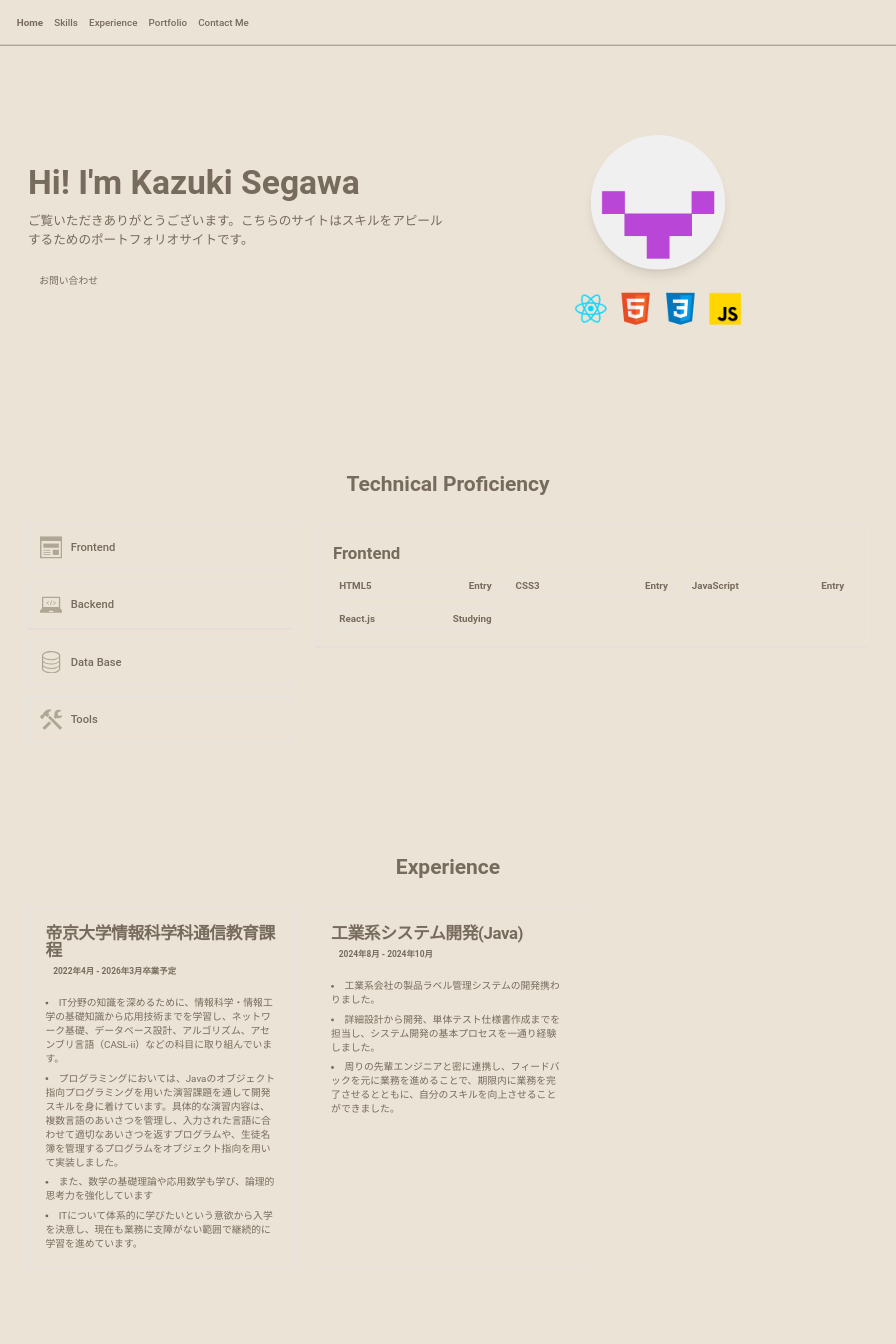
Repository: segawa74/SegawaSite
Page: /
These files come from the project's save history. The page is drawn as it stood at one moment and after the next save; the edit follows.
The browser window is 1280 px wide. The pictures show the part of the page from y = 0 to 1920 px (the page is 2859 px tall before and 720 px after), at 70% of full size.
The project was rebuilt for these pictures with package versions that can differ from the ones it lists, and the page was loaded fresh each time. Also part of the build but not shown: vite.config.ts.

Above is the page before, as saved 2024-10-23 19:13:55.

### src/main.tsx
import { StrictMode } from "react";
import { createRoot } from "react-dom/client";
import App from "./App.js";
import "./index.css";
import "slick-carousel/slick/slick.css";
import "slick-carousel/slick/slick-theme.css";

const rootElement = document.getElementById("root");

if (rootElement) {
  createRoot(rootElement).render(
    <StrictMode>
      <App />
    </StrictMode>
  );
} else {
  console.error("Root element not found");
}

### src/App.tsx
import "./App.css";
import Hero from "./components/Hero/Hero";
import Navbar from "./components/Navbar/Navbar";
import Skills from "./components/Skills/Skills";
import Experience from "./components/Experience/Experience";
import Portfolio from "./components/Portfolio/Portfolio";
import ContactMe from "./components/ContactMe/ContactMe";
import Footer from "./components/Footer/Footer";

function App() {
  return (
    <>
      <Navbar />
      <div className="container">
        <Hero />
        <Skills />
        <Experience />
        <Portfolio />
        <ContactMe />
      </div>
      <Footer />
    </>
  );
}

export default App;

### src/index.css
@import url("https://fonts.googleapis.com/css2?family=Material+Symbols+Outlined");

@tailwind base;
@tailwind components;
@tailwind utilities;

* {
  font-family: Roboto, 'Noto Sans JP', sans-serif;
  margin: 0;
  box-sizing: border-box;
}

body {

  color: #776B5D;
  background-color: #EBE3D5;
}

### src/App.css
.container {
  max-width: 1300px !important;
  margin: 0 auto;
  position: relative;
}

@media (max-width: 1300px) {
  .container {
    padding: 0 1.5rem;
  }
}

@media (max-width: 1380px) {
  .container {
    padding: 0 1.5rem;
  }
}

### src/components/Hero/Hero.tsx
import { Button } from "@/components/ui/button";
import { motion } from "framer-motion";

const techIcons = [
  { src: "/assets/images/img01.png", alt: "Technology 1" },
  { src: "/assets/images/img02.png", alt: "Technology 2" },
  { src: "/assets/images/img03.png", alt: "Technology 3" },
  { src: "/assets/images/img04.png", alt: "Technology 4" },
];

const Hero: React.FC = () => {
  return (
    <section id="hero" className="py-20 md:py-32 bg-background">
      <div className="container mx-auto px-4 flex flex-col md:flex-row items-center justify-between">
        <motion.div
          initial={{ opacity: 0, y: 20 }}
          animate={{ opacity: 1, y: 0 }}
          transition={{ duration: 0.5 }}
          className="md:w-1/2 mb-10 md:mb-0"
        >
          <h1 className="text-4xl md:text-5xl font-bold mb-4 text-foreground">
            Hi! I&apos;m Kazuki Segawa
          </h1>
          <p className="text-lg mb-6 text-muted-foreground">
            ご覧いただきありがとうございます。こちらのサイトはスキルをアピールするためのポートフォリオサイトです。
          </p>
          <Button asChild>
            <a href="#contact">お問い合わせ</a>
          </Button>
        </motion.div>

        <motion.div
          initial={{ opacity: 0, scale: 0.9 }}
          animate={{ opacity: 1, scale: 1 }}
          transition={{ duration: 0.5 }}
          className="md:w-1/2 flex flex-col items-center"
        >
          <div className="relative mb-8">
            <img
              src="/assets/images/identicon.png"
              alt="Kazuki Segawa"
              className="w-48 h-48 rounded-full shadow-lg"
            />
          </div>
          <div className="grid grid-cols-4 gap-4">
            {techIcons.map((icon, index) => (
              <motion.div
                key={index}
                initial={{ opacity: 0, y: 20 }}
                animate={{ opacity: 1, y: 0 }}
                transition={{ duration: 0.5, delay: index * 0.1 }}
              >
                <img
                  src={icon.src}
                  alt={icon.alt}
                  className="w-12 h-12 object-contain"
                />
              </motion.div>
            ))}
          </div>
        </motion.div>
      </div>
    </section>
  );
};

export default Hero;

### src/components/Navbar/Navbar.tsx
"use client";

import * as React from "react";
import { Link } from "react-scroll";
import { Menu } from "lucide-react";
import { Button } from "@/components/ui/button";
import { Sheet, SheetContent, SheetTrigger } from "@/components/ui/sheet";
import { cn } from "@/lib/utils";

const menuItems = [
  { name: "Home", to: "hero", offset: -80 },
  { name: "Skills", to: "skills", offset: -120 },
  { name: "Experience", to: "exp", offset: -100 },
  { name: "Portfolio", to: "pf", offset: -100 },
  { name: "Contact Me", to: "contact-me", offset: -100 },
];

export function NavBar() {
  const [activeSection, setActiveSection] = React.useState("");

  const handleSetActive = (to: string) => {
    setActiveSection(to);
  };

  return (
    <nav className="sticky top-0 z-30 w-full backdrop-blur-sm bg-background/80 border-b border-border">
      <div className="container flex h-16 items-center justify-between">
        <div className="flex items-center space-x-4">
          {menuItems.map((item) => (
            <Link
              key={item.to}
              activeClass="text-primary font-semibold"
              to={item.to}
              spy={true}
              smooth={true}
              offset={item.offset}
              onSetActive={() => handleSetActive(item.to)}
              className={cn(
                "text-sm font-medium transition-colors hover:text-primary",
                activeSection === item.to
                  ? "text-primary font-semibold"
                  : "text-muted-foreground"
              )}
            >
              {item.name}
            </Link>
          ))}
        </div>
        <Sheet>
          <SheetTrigger asChild>
            <Button variant="outline" size="icon" className="md:hidden">
              <Menu className="h-5 w-5" />
              <span className="sr-only">Toggle menu</span>
            </Button>
          </SheetTrigger>
          <SheetContent side="right">
            <MobileNav />
          </SheetContent>
        </Sheet>
      </div>
    </nav>
  );
}

function MobileNav() {
  return (
    <div className="flex flex-col space-y-4 mt-4">
      {menuItems.map((item) => (
        <Link
          key={item.to}
          to={item.to}
          spy={true}
          smooth={true}
          offset={item.offset}
          className="text-sm font-medium transition-colors hover:text-primary"
        >
          {item.name}
        </Link>
      ))}
    </div>
  );
}

export default NavBar;

### src/components/Experience/Experience.tsx
import { EXPERIENCE } from "../../utils/data";
import { Card, CardContent, CardHeader, CardTitle } from "@/components/ui/card";
import { Badge } from "@/components/ui/badge";

interface ExperienceDetails {
  title: string;
  date: string;
  responsibilities: string[];
}

const Experience: React.FC = () => {
  return (
    <section id="exp" className="py-20 bg-muted">
      <div className="container mx-auto px-4">
        <h2 className="text-3xl font-bold text-center mb-10">Experience</h2>
        <div className="grid gap-6 md:grid-cols-2 lg:grid-cols-3">
          {EXPERIENCE.map((item, index) => (
            <ExperienceCard key={index} details={item} />
          ))}
        </div>
      </div>
    </section>
  );
};

function ExperienceCard({ details }: { details: ExperienceDetails }) {
  return (
    <Card className="h-full">
      <CardHeader>
        <CardTitle>{details.title}</CardTitle>
        <Badge variant="secondary" className="w-fit">
          {details.date}
        </Badge>
      </CardHeader>
      <CardContent>
        <ul className="list-disc list-inside space-y-2">
          {details.responsibilities.map((item, index) => (
            <li key={index} className="text-sm text-muted-foreground">
              {item}
            </li>
          ))}
        </ul>
      </CardContent>
    </Card>
  );
}
export default Experience;

### src/components/Portfolio/Portfolio.tsx
import * as React from "react";
import {
  Card,
  CardContent,
  CardFooter,
  CardHeader,
  CardTitle,
} from "@/components/ui/card";
import { Button } from "@/components/ui/button";
import { ChevronLeft, ChevronRight } from "lucide-react";
import useEmblaCarousel from "embla-carousel-react";
import { PORTFOLIO } from "../../utils/data";

interface PortfolioItem {
  title: string;
  link: string;
  img: string;
  comment?: string;
}

const Portfolio = () => {
  const [emblaRef, emblaApi] = useEmblaCarousel({ loop: false });

  const scrollPrev = React.useCallback(() => {
    if (emblaApi) emblaApi.scrollPrev();
  }, [emblaApi]);

  const scrollNext = React.useCallback(() => {
    if (emblaApi) emblaApi.scrollNext();
  }, [emblaApi]);

  return (
    <section id="pf" className="py-20 bg-background">
      <div className="container mx-auto px-4">
        <h2 className="text-3xl font-bold text-center mb-10">Portfolio</h2>
        <div className="relative">
          <div className="overflow-hidden" ref={emblaRef}>
            <div className="flex">
              {PORTFOLIO.map((item, index) => (
                <div
                  key={index}
                  className="flex-[0_0_100%] min-w-0 pl-4 md:flex-[0_0_50%]"
                >
                  <PortfolioCard details={item} />
                </div>
              ))}
            </div>
          </div>
          <Button
            variant="outline"
            size="icon"
            className="absolute top-1/2 left-4 -translate-y-1/2"
            onClick={scrollPrev}
          >
            <ChevronLeft className="h-4 w-4" />
          </Button>
          <Button
            variant="outline"
            size="icon"
            className="absolute top-1/2 right-4 -translate-y-1/2"
            onClick={scrollNext}
          >
            <ChevronRight className="h-4 w-4" />
          </Button>
        </div>
      </div>
    </section>
  );
};

function PortfolioCard({ details }: { details: PortfolioItem }) {
  return (
    <Card className="h-full">
      <CardHeader>
        <CardTitle>{details.title}</CardTitle>
      </CardHeader>
      <CardContent>
        <img
          src={details.img}
          alt={details.title}
          className="w-full h-48 object-cover rounded-md"
        />
        {details.comment && (
          <p className="mt-4 text-sm text-muted-foreground">
            {details.comment}
          </p>
        )}
      </CardContent>
      <CardFooter>
        <Button asChild>
          <a href={details.link} target="_blank" rel="noopener noreferrer">
            View Project
          </a>
        </Button>
      </CardFooter>
    </Card>
  );
}
export default Portfolio;

### src/components/ContactMe/ContactMe.tsx
import { Card, CardContent } from "@/components/ui/card";
import { Mail, Github } from "lucide-react";
import Link from "next/link";

const ContactMe: React.FC = () => {
  return (
    <section id="contact-me" className="py-20 bg-muted">
      <div className="container mx-auto px-4">
        <h2 className="text-3xl font-bold text-center mb-10">Contact Me</h2>
        <div className="grid gap-6 md:grid-cols-2 max-w-2xl mx-auto">
          <ContactInfoCard
            icon={<Mail className="w-6 h-6" />}
            text="segawa74dev@gmail.com"
            href="mailto:segawa74dev@gmail.com"
          />
          <ContactInfoCard
            icon={<Github className="w-6 h-6" />}
            text="github.com/segawa74"
            href="https://github.com/segawa74"
          />
        </div>
      </div>
    </section>
  );
};

interface ContactInfoCardProps {
  icon: React.ReactNode;
  text: string;
  href: string;
}

function ContactInfoCard({ icon, text, href }: ContactInfoCardProps) {
  return (
    <Card>
      <CardContent className="flex items-center p-6">
        <div className="mr-4 text-primary">{icon}</div>
        <Link
          href={href}
          target="_blank"
          rel="noopener noreferrer"
          className="text-sm hover:underline"
        >
          {text}
        </Link>
      </CardContent>
    </Card>
  );
}

export default ContactMe;

### src/components/Footer/Footer.tsx
import "./Footer.css";

const Footer: React.FC = () => {
  return <div className="footer"></div>;
};

export default Footer;

### src/components/ui/button.tsx
import * as React from "react"
import { Slot } from "@radix-ui/react-slot"
import { cva, type VariantProps } from "class-variance-authority"

import { cn } from "@/lib/utils"

const buttonVariants = cva(
  "inline-flex items-center justify-center gap-2 whitespace-nowrap rounded-md text-sm font-medium ring-offset-background transition-colors focus-visible:outline-none focus-visible:ring-2 focus-visible:ring-ring focus-visible:ring-offset-2 disabled:pointer-events-none disabled:opacity-50 [&_svg]:pointer-events-none [&_svg]:size-4 [&_svg]:shrink-0",
  {
    variants: {
      variant: {
        default: "bg-primary text-primary-foreground hover:bg-primary/90",
        destructive:
          "bg-destructive text-destructive-foreground hover:bg-destructive/90",
        outline:
          "border border-input bg-background hover:bg-accent hover:text-accent-foreground",
        secondary:
          "bg-secondary text-secondary-foreground hover:bg-secondary/80",
        ghost: "hover:bg-accent hover:text-accent-foreground",
        link: "text-primary underline-offset-4 hover:underline",
      },
      size: {
        default: "h-10 px-4 py-2",
        sm: "h-9 rounded-md px-3",
        lg: "h-11 rounded-md px-8",
        icon: "h-10 w-10",
      },
    },
    defaultVariants: {
      variant: "default",
      size: "default",
    },
  }
)

export interface ButtonProps
  extends React.ButtonHTMLAttributes<HTMLButtonElement>,
    VariantProps<typeof buttonVariants> {
  asChild?: boolean
}

const Button = React.forwardRef<HTMLButtonElement, ButtonProps>(
  ({ className, variant, size, asChild = false, ...props }, ref) => {
    const Comp = asChild ? Slot : "button"
    return (
      <Comp
        className={cn(buttonVariants({ variant, size, className }))}
        ref={ref}
        {...props}
      />
    )
  }
)
Button.displayName = "Button"

export { Button, buttonVariants }

### src/components/ui/card.tsx
import * as React from "react"

import { cn } from "@/lib/utils"

const Card = React.forwardRef<
  HTMLDivElement,
  React.HTMLAttributes<HTMLDivElement>
>(({ className, ...props }, ref) => (
  <div
    ref={ref}
    className={cn(
      "rounded-lg border bg-card text-card-foreground shadow-sm",
      className
    )}
    {...props}
  />
))
Card.displayName = "Card"

const CardHeader = React.forwardRef<
  HTMLDivElement,
  React.HTMLAttributes<HTMLDivElement>
>(({ className, ...props }, ref) => (
  <div
    ref={ref}
    className={cn("flex flex-col space-y-1.5 p-6", className)}
    {...props}
  />
))
CardHeader.displayName = "CardHeader"

const CardTitle = React.forwardRef<
  HTMLParagraphElement,
  React.HTMLAttributes<HTMLHeadingElement>
>(({ className, ...props }, ref) => (
  <h3
    ref={ref}
    className={cn(
      "text-2xl font-semibold leading-none tracking-tight",
      className
    )}
    {...props}
  />
))
CardTitle.displayName = "CardTitle"

const CardDescription = React.forwardRef<
  HTMLParagraphElement,
  React.HTMLAttributes<HTMLParagraphElement>
>(({ className, ...props }, ref) => (
  <p
    ref={ref}
    className={cn("text-sm text-muted-foreground", className)}
    {...props}
  />
))
CardDescription.displayName = "CardDescription"

const CardContent = React.forwardRef<
  HTMLDivElement,
  React.HTMLAttributes<HTMLDivElement>
>(({ className, ...props }, ref) => (
  <div ref={ref} className={cn("p-6 pt-0", className)} {...props} />
))
CardContent.displayName = "CardContent"

const CardFooter = React.forwardRef<
  HTMLDivElement,
  React.HTMLAttributes<HTMLDivElement>
>(({ className, ...props }, ref) => (
  <div
    ref={ref}
    className={cn("flex items-center p-6 pt-0", className)}
    {...props}
  />
))
CardFooter.displayName = "CardFooter"

export { Card, CardHeader, CardFooter, CardTitle, CardDescription, CardContent }

### src/components/ui/badge.tsx
import * as React from "react"
import { cva, type VariantProps } from "class-variance-authority"

import { cn } from "@/lib/utils"

const badgeVariants = cva(
  "inline-flex items-center rounded-full border px-2.5 py-0.5 text-xs font-semibold transition-colors focus:outline-none focus:ring-2 focus:ring-ring focus:ring-offset-2",
  {
    variants: {
      variant: {
        default:
          "border-transparent bg-primary text-primary-foreground hover:bg-primary/80",
        secondary:
          "border-transparent bg-secondary text-secondary-foreground hover:bg-secondary/80",
        destructive:
          "border-transparent bg-destructive text-destructive-foreground hover:bg-destructive/80",
        outline: "text-foreground",
      },
    },
    defaultVariants: {
      variant: "default",
    },
  }
)

export interface BadgeProps
  extends React.HTMLAttributes<HTMLDivElement>,
    VariantProps<typeof badgeVariants> {}

function Badge({ className, variant, ...props }: BadgeProps) {
  return (
    <div className={cn(badgeVariants({ variant }), className)} {...props} />
  )
}

export { Badge, badgeVariants }

### src/utils/data.ts
interface Skill {
  skill: string;
  skillLevel: string;
  percentage: string;
}

interface SkillSection {
  title: string;
  icon: string;
  skills: Skill[];
}

interface Experience {
  title: string;
  date: string;
  responsibilities: string[];
}

interface PortfolioItem {
  title: string;
  link: string;
  img: string;
  comment?: string;
}

export const SKILLS: SkillSection[] = [
  {
    title: "Frontend",
    icon: "./assets/images/frontend-icon.svg",
    skills: [
      { skill: "HTML5", skillLevel: "Entry", percentage: "40%" },
      { skill: "CSS3", skillLevel: "Entry", percentage: "40%" },
      { skill: "JavaScript", skillLevel: "Entry", percentage: "40%" },
      { skill: "React.js", skillLevel: "Studying", percentage: "20%" },
    ],
  },
  {
    title: "Backend",
    icon: "./assets/images/backend-icon.svg",
    skills: [
      { skill: "Node.js", skillLevel: "Studying", percentage: "20%" },
      { skill: "Express.js", skillLevel: "Studying", percentage: "20%" },
      { skill: "Java", skillLevel: "Entry", percentage: "40%" },
    ],
  },
  {
    title: "Data Base",
    icon: "./assets/images/database-icon.svg",
    skills: [
      { skill: "PostgreSQL", skillLevel: "Entry", percentage: "40%" },
      { skill: "MongoDB", skillLevel: "Entry", percentage: "40%" },
      { skill: "Oracle", skillLevel: "Entry", percentage: "40%" },
    ],
  },
  {
    title: "Tools",
    icon: "./assets/images/tools-icon.svg",
    skills: [
      { skill: "Git & GitHub", skillLevel: "Studying", percentage: "20%" },
      { skill: "Visual Studio Code", skillLevel: "Entry", percentage: "40%" },
      { skill: "Eclipse", skillLevel: "Entry", percentage: "40%" },
    ],
  },
];

export const EXPERIENCE: Experience[] = [
  {
    title: "帝京大学情報科学科通信教育課程",
    date: "2022年4月 - 2026年3月卒業予定",
    responsibilities: [
      "IT分野の知識を深めるために、情報科学・情報工学の基礎知識から応用技術までを学習し、ネットワーク基礎、データベース設計、アルゴリズム、アセンブリ言語（CASL-ii）などの科目に取り組んでいます。",
      "プログラミングにおいては、Javaのオブジェクト指向プログラミングを用いた演習課題を通して開発スキルを身に着けています。具体的な演習内容は、複数言語のあいさつを管理し、入力された言語に合わせて適切なあいさつを返すプログラムや、生徒名簿を管理するプログラムをオブジェクト指向を用いて実装しました。",
      "また、数学の基礎理論や応用数学も学び、論理的思考力を強化しています",
      "ITについて体系的に学びたいという意欲から入学を決意し、現在も業務に支障がない範囲で継続的に学習を進めています。",
    ],
  },
  {
    title: "工業系システム開発(Java)",
    date: "2024年8月 - 2024年10月",
    responsibilities: [
      "工業系会社の製品ラベル管理システムの開発携わりました。",
      "詳細設計から開発、単体テスト仕様書作成までを担当し、システム開発の基本プロセスを一通り経験しました。",
      "周りの先輩エンジニアと密に連携し、フィードバックを元に業務を進めることで、期限内に業務を完了させるとともに、自分のスキルを向上させることができました。",
    ],
  },
];

export const PORTFOLIO: PortfolioItem[] = [
  {
    title: "ポートフォリオサイト",
    link: "#",
    img: "./assets/images/site-01.png",
    comment: "Reactを使った自己紹介サイトです。",
  },
  {
    title: "時差グラフサイト",
    link: "#",
    img: "#",
    comment: "作成中です",
  },
];

### src/components/Footer/Footer.css
.footer {
    font-size: 0.8rem;
    text-align: center;
    background: #776B5D;
    padding: 1rem;
}

Loaded but not shown: index.html (common file); src/lib/utils.ts (common file); tailwind.config.js (57 lines, source omitted); src/components/ui/sheet.tsx (138 lines, source omitted); src/components/Skills/Skills.tsx (101 lines, source omitted)

After the next save:
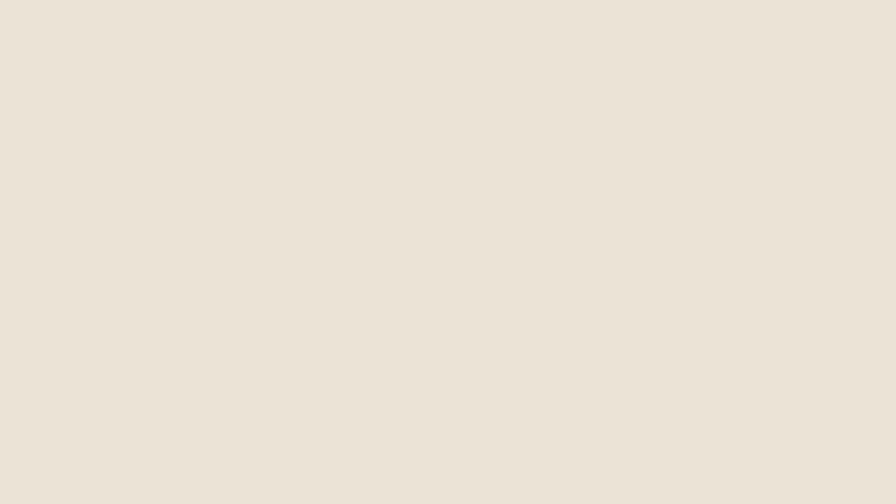
Console error: ReferenceError: Link is not defined
Saved 100 s later.
--- a/src/components/ContactMe/ContactMe.tsx
+++ b/src/components/ContactMe/ContactMe.tsx
@@ -1,6 +1,6 @@
+import React from "react";
 import { Card, CardContent } from "@/components/ui/card";
 import { Mail, Github } from "lucide-react";
-import Link from "next/link";
 
 const ContactMe: React.FC = () => {
   return (

After the 2 saves that followed:
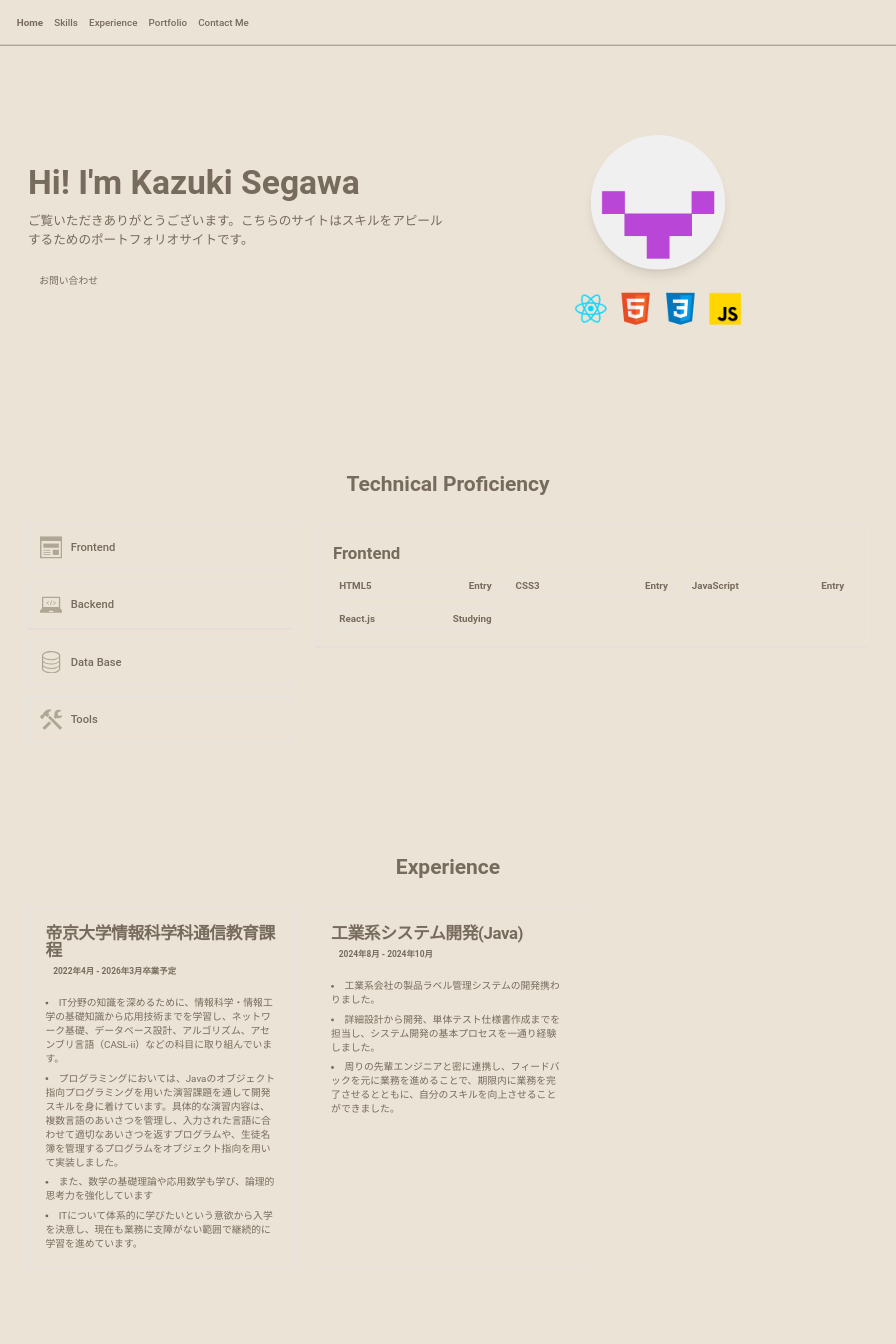
The error is gone.
The 2 saves are shown as one change because 1 did not build or start.
The last was saved 40 s later.
--- a/src/components/ContactMe/ContactMe.tsx
+++ b/src/components/ContactMe/ContactMe.tsx
@@ -35,14 +35,14 @@ function ContactInfoCard({ icon, text, href }: ContactInfoCardProps) {
     <Card>
       <CardContent className="flex items-center p-6">
         <div className="mr-4 text-primary">{icon}</div>
-        <Link
+        <a
           href={href}
           target="_blank"
           rel="noopener noreferrer"
           className="text-sm hover:underline"
         >
           {text}
-        </Link>
+        </a>
       </CardContent>
     </Card>
   );
